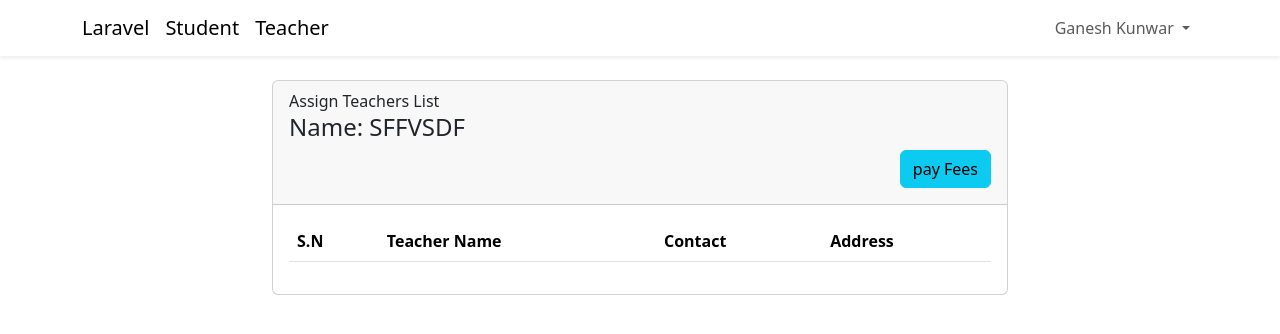
Repository: kunwarganesh07/Example
Page: http://localhost/assign/teachers/4
An editor plug-in stored every save of this project. The page is shown before and after the next save, followed by the edit.
The browser window is 1280 px wide. The pictures show the whole page.
The page is served by the project's Laravel application, run on PHP 8.4 with Laravel 12. The first stored user is signed in. Other server files are loaded and not shown. The database holds what the project's SQL file puts in it.

Above is the page before, as saved 2025-11-19 14:47:59.

### routes/web.php
<?php


use App\Http\Controllers\HomeController;
use App\Http\Controllers\StudentController;
use App\Http\Controllers\TeacherController;
use Illuminate\Support\Facades\Auth;
use Illuminate\Support\Facades\Route;

Route::get('/', function () {
    return view('welcome');
});

Auth::routes();
Route::group(['middleware' => 'auth'], function () {
    Route::get('/home', [HomeController::class, 'index'])->name('home');
    Route::get('/student', [StudentController::class, 'index'])->name('student.index');
    Route::get('/student/create', [StudentController::class, 'create'])->name('student.create');
    Route::post('store', [StudentController::class, 'store'])->name('store');
    Route::put('update/{id}', [StudentController::class, 'update'])->name('students.update');
    Route::delete('delete/{id}', [StudentController::class, 'destroy'])->name('students.delete');

    Route::get('student/edit/{id}', [StudentController::class, 'edit'])->name('students.edit');
    Route::get('student/profile/{id}', [StudentController::class, 'profile'])->name('students.profile');
    Route::put('students/profileupdate', [StudentController::class, 'profileupdate'])->name('students.profileupdate');
    Route::get('student/fees/{id}', [StudentController::class, 'fees'])->name('students.fees');
    Route::get('pay/fees/{id}', [StudentController::class, 'pay'])->name('pay.fees');
    Route::post('fees/store', [StudentController::class, 'feesstore'])->name('fees.store');
    Route::get('assign/teachers/{id}', [StudentController::class, 'assignteacher'])->name('assign.teachers');






    Route::get('/teachers', [TeacherController::class, 'index'])->name('teachers.index');
    Route::get('/teachers/create', [TeacherController::class, 'create'])->name('teachers.create');
    Route::post('/teachers/store', [TeacherController::class, 'store'])->name('teachers.store');
});

### app/Http/Controllers/StudentController.php
<?php

namespace App\Http\Controllers;

use App\Models\Student;
use App\Models\StudentFees;
use App\Models\StudentProfile;
use Illuminate\Http\Request;

class StudentController extends Controller
{
    /**
     * Display a listing of the resource.
     */
    public function index()
    {
        // $student = Student::all();
        $student = Student::with('profile')->get();
        return view('student.index', compact('student'));
    }

    /**
     * Show the form for creating a new resource.
     */
    public function create()
    {
        return view('student.create');
    }

    /**
     * Store a newly created resource in storage.
     */
    public function store(Request $request)
    {
        // dd($request->all());

        $image = '';
        if ($request->hasFile('image')) {
            $image = time() . '.' . $request->image->extension();
            $request->image->move(public_path('upload/images'), $image);
        }

        $student = new Student();
        $student->name = $request->name;
        $student->contact = $request->contact;
        $student->address = $request->address;
        $student->image = $image;
        $student->save();
        return redirect()->route('student.index');
    }

    /**
     * Display the specified resource.
     */
    public function show(string $id)
    {
        //
    }

    /**
     * Show the form for editing the specified resource.
     */
    public function edit(string $id)
    {
        // dd($id);
        $student = Student::findOrfail($id);
        return view('student.edit', compact('student'));
    }

    /**
     * Update the specified resource in storage.
     */
    public function update(Request $request, string $id)
    {


        $data = Student::findOrfail($id);


        $image = $data->image;
        if ($request->hasFile('image')) {
            $image = time() . '.' . $request->image->extension();
            $request->image->move(public_path('upload/images'), $image);
        }


        $data->name = $request->name;
        $data->address = $request->address;
        $data->contact = $request->contact;
        $data->image = $image;
        $data->save();

        return redirect()->route('student.index');
    }

    /**
     * Remove the specified resource from storage.
     */
    public function destroy(string $id)
    {
        $data = Student::findOrfail($id);
        $data->delete();
        return redirect()->route('student.index');
        // dd('DELETE STUDENT');
    }

    public function profile($id)
    {
        $student = Student::findOrfail($id);
        return view('student.profile', compact('student'));
    }

    public function profileupdate(Request $request)
    {
        // dd($request->all());
        $data = new StudentProfile();
        $data->student_id = $request->student_id;
        $data->father_name = $request->father_name;
        $data->class = $request->class;
        $data->save();

        return redirect()->route('student.index');
    }

    public function fees($id)
    {
        // $fees = StudentFees::all();
        $student = Student::with('fees')->findOrFail($id);
        return view('student.fees', compact('student'));
    }
    public function pay($id)
    {
        $student = Student::findOrfail($id);
        return view('student.pay', compact('student'));
    }

    public function feesstore(Request $request)
    {
        // dd($request->all());
        $fees = new StudentFees();
        $fees->student_id = $request->student_id;
        $fees->amount = $request->amount;
        $fees->date = $request->date;
        $fees->message = $request->message;
        $fees->save();
        return redirect()->route('students.fees', $request->student_id);
    }

    public function assignteacher($id)
    {
        $data = Student::findOrfail($id);
        return view('student.assignteacher',compact('data'));
    }
}

### app/Models/Student.php
<?php

namespace App\Models;

use Illuminate\Database\Eloquent\Model;

class Student extends Model
{
    protected $fillable = ['name', 'address', 'contact'];

    public function profile()
    {
        return $this->hasOne(StudentProfile::class);
    }

    public function fees()
    {
        return $this->hasMany(StudentFees::class);
    }
}

### resources/views/student/assignteacher.blade.php
@extends('layouts.app')

@section('content')
    <div class="container">
        <div class="row justify-content-center">
            <div class="col-md-8">
                <div class="card">
                    <div class="card-header">{{ __('Assign Teachers List') }}
                        <h4>Name: {{ $data->name }}</h4>
                        <h4 class="text-end">
                            <a href="{{ route('pay.fees', $data->id) }}" class="btn btn-info">pay Fees</a>

                        </h4>
                    </div>

                    <div class="card-body">
                        <table class="table">
                            <thead>
                                <th>S.N</th>
                                <th>Teacher Name</th>
                                <th>Contact</th>
                                <th>Address</th>
                            </thead>
                            <tbody>
                                {{-- @foreach ($student->fees as $data)
                                    <tr>
                                        <td>{{ $loop->iteration }}</td>
                                        <td>{{ $data->amount }}</td>
                                        <td>{{ $data['date'] }}</td>
                                        <td>{{ $data['message'] }}</td>

                                    </tr>
                                @endforeach --}}
                            </tbody>
                        </table>
                    </div>
                </div>
            </div>
        </div>
    </div>
@endsection

### resources/views/layouts/app.blade.php
<!doctype html>
<html lang="{{ str_replace('_', '-', app()->getLocale()) }}">

<head>
    <meta charset="utf-8">
    <meta name="viewport" content="width=device-width, initial-scale=1">

    <!-- CSRF Token -->
    <meta name="csrf-token" content="{{ csrf_token() }}">

    <title>{{ config('app.name', 'Laravel') }}</title>

    <!-- Fonts -->
    <link rel="dns-prefetch" href="//fonts.bunny.net">
    <link href="https://fonts.bunny.net/css?family=Nunito" rel="stylesheet">

    <link rel="stylesheet" href="https://cdn.jsdelivr.net/npm/bootstrap@5.3.8/dist/css/bootstrap.min.css">
    <script src="https://cdn.jsdelivr.net/npm/bootstrap@5.3.8/dist/js/bootstrap.bundle.min.js"></script>
    <!-- Scripts -->
    {{-- @vite(['resources/sass/app.scss', 'resources/js/app.js']) --}}
</head>

<body>
    <div id="app">
        <nav class="navbar navbar-expand-md navbar-light bg-white shadow-sm">
            <div class="container">
                @auth
                    <a class="navbar-brand" href="{{ url('/') }}">
                        {{ config('app.name', 'Laravel') }}
                    </a>
                    <a class="navbar-brand" href="{{ route('student.index') }}">
                        {{ 'Student' }}
                    </a>
                    <a class="navbar-brand" href="{{ route('teachers.index') }}">
                        {{ 'Teacher' }}
                    </a>
                @endauth
                <button class="navbar-toggler" type="button" data-bs-toggle="collapse"
                    data-bs-target="#navbarSupportedContent" aria-controls="navbarSupportedContent"
                    aria-expanded="false" aria-label="{{ __('Toggle navigation') }}">
                    <span class="navbar-toggler-icon"></span>
                </button>

                <div class="collapse navbar-collapse" id="navbarSupportedContent">
                    <!-- Left Side Of Navbar -->
                    <ul class="navbar-nav me-auto">

                    </ul>

                    <!-- Right Side Of Navbar -->
                    <ul class="navbar-nav ms-auto">
                        <!-- Authentication Links -->
                        @guest
                            @if (Route::has('login'))
                                <li class="nav-item">
                                    <a class="nav-link" href="{{ route('login') }}">{{ __('Login') }}</a>
                                </li>
                            @endif

                            @if (Route::has('register'))
                                <li class="nav-item">
                                    <a class="nav-link" href="{{ route('register') }}">{{ __('Register') }}</a>
                                </li>
                            @endif
                        @else
                            <li class="nav-item dropdown">
                                <a id="navbarDropdown" class="nav-link dropdown-toggle" href="#" role="button"
                                    data-bs-toggle="dropdown" aria-haspopup="true" aria-expanded="false" v-pre>
                                    {{ Auth::user()->name }}
                                </a>

                                <div class="dropdown-menu dropdown-menu-end" aria-labelledby="navbarDropdown">
                                    <a class="dropdown-item" href="{{ route('logout') }}"
                                        onclick="event.preventDefault();
                                                     document.getElementById('logout-form').submit();">
                                        {{ __('Logout') }}
                                    </a>

                                    <form id="logout-form" action="{{ route('logout') }}" method="POST" class="d-none">
                                        @csrf
                                    </form>
                                </div>
                            </li>
                        @endguest
                    </ul>
                </div>
            </div>
        </nav>

        <main class="py-4">
            @yield('content')
        </main>
    </div>
</body>

</html>

### example.sql (the tables this page reads)
CREATE TABLE `students` (
  `id` bigint(20) UNSIGNED NOT NULL,
  `name` varchar(255) NOT NULL,
  `contact` varchar(255) NOT NULL,
  `address` varchar(255) NOT NULL,
  `image` varchar(255) DEFAULT NULL,
  `created_at` timestamp NULL DEFAULT NULL,
  `updated_at` timestamp NULL DEFAULT NULL,
  `status` varchar(255) NOT NULL DEFAULT 'on'
) ENGINE=InnoDB DEFAULT CHARSET=utf8mb4 COLLATE=utf8mb4_unicode_ci;

INSERT INTO `students` (`id`, `name`, `contact`, `address`, `image`, `created_at`, `updated_at`, `status`) VALUES
(4, 'SFFVSDF', '4467446667', 'sdfsgrgfdg', '1763283119.png', '2025-11-16 03:06:59', '2025-11-16 03:13:44', 'on'),
(5, 'Keelie Swanson', 'Sit ab architecto ne', 'Anim sit aperiam ess', '1763369195.png', '2025-11-17 03:01:35', '2025-11-17 03:01:35', 'on'),
(6, 'Brenda Talley', 'Officiis fugit amet', 'Non quam cumque cons', '', '2025-11-19 03:49:50', '2025-11-19 03:49:50', 'on');

ALTER TABLE `students`
  ADD PRIMARY KEY (`id`);

ALTER TABLE `students`
  MODIFY `id` bigint(20) UNSIGNED NOT NULL AUTO_INCREMENT, AUTO_INCREMENT=7;

CREATE TABLE `users` (
  `id` bigint(20) UNSIGNED NOT NULL,
  `name` varchar(255) NOT NULL,
  `email` varchar(255) NOT NULL,
  `email_verified_at` timestamp NULL DEFAULT NULL,
  `password` varchar(255) NOT NULL,
  `remember_token` varchar(100) DEFAULT NULL,
  `created_at` timestamp NULL DEFAULT NULL,
  `updated_at` timestamp NULL DEFAULT NULL
) ENGINE=InnoDB DEFAULT CHARSET=utf8mb4 COLLATE=utf8mb4_unicode_ci;

INSERT INTO `users` (`id`, `name`, `email`, `email_verified_at`, `password`, `remember_token`, `created_at`, `updated_at`) VALUES
(1, 'Ganesh Kunwar', 'ganeshkunwarnp2003@gmail.com', NULL, '$2y$12$zuws5i1jBM93zn91sRiEWu6/VYwOU5F1pitrW4ArYiTwxixQ1EUNK', NULL, '2025-11-12 03:30:40', '2025-11-12 03:30:40'),
(2, 'Ganesh Kunwar', 'ganeshkunwar2003@gmail.com', NULL, '$2y$12$a4HvYa1hWIEjIiB7NMkWe.LDoonRKvDYdmrJAjtLM3ArhlO4SN0ai', NULL, '2025-11-12 03:34:18', '2025-11-12 03:34:18');

ALTER TABLE `users`
  ADD PRIMARY KEY (`id`),
  ADD UNIQUE KEY `users_email_unique` (`email`);

ALTER TABLE `users`
  MODIFY `id` bigint(20) UNSIGNED NOT NULL AUTO_INCREMENT, AUTO_INCREMENT=3;

Loaded but not shown: app/Http/Controllers/Auth/ConfirmPasswordController.php (common file); app/Http/Controllers/Controller.php (common file); app/Models/User.php (common file)

After the next save:
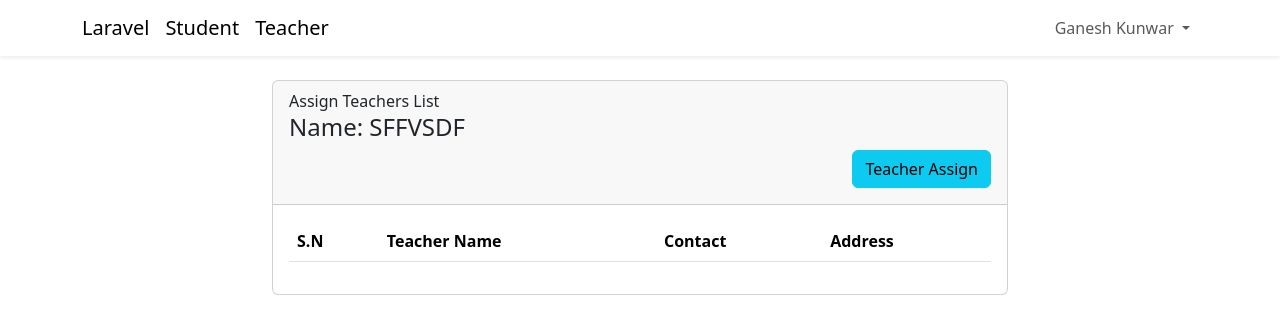
Saved 26 s later.
--- a/resources/views/student/assignteacher.blade.php
+++ b/resources/views/student/assignteacher.blade.php
@@ -8,7 +8,7 @@
                     <div class="card-header">{{ __('Assign Teachers List') }}
                         <h4>Name: {{ $data->name }}</h4>
                         <h4 class="text-end">
-                            <a href="{{ route('pay.fees', $data->id) }}" class="btn btn-info">pay Fees</a>
+                            <a href="{{ route('pay.fees', $data->id) }}" class="btn btn-info">Teacher Assign</a>
 
                         </h4>
                     </div>
